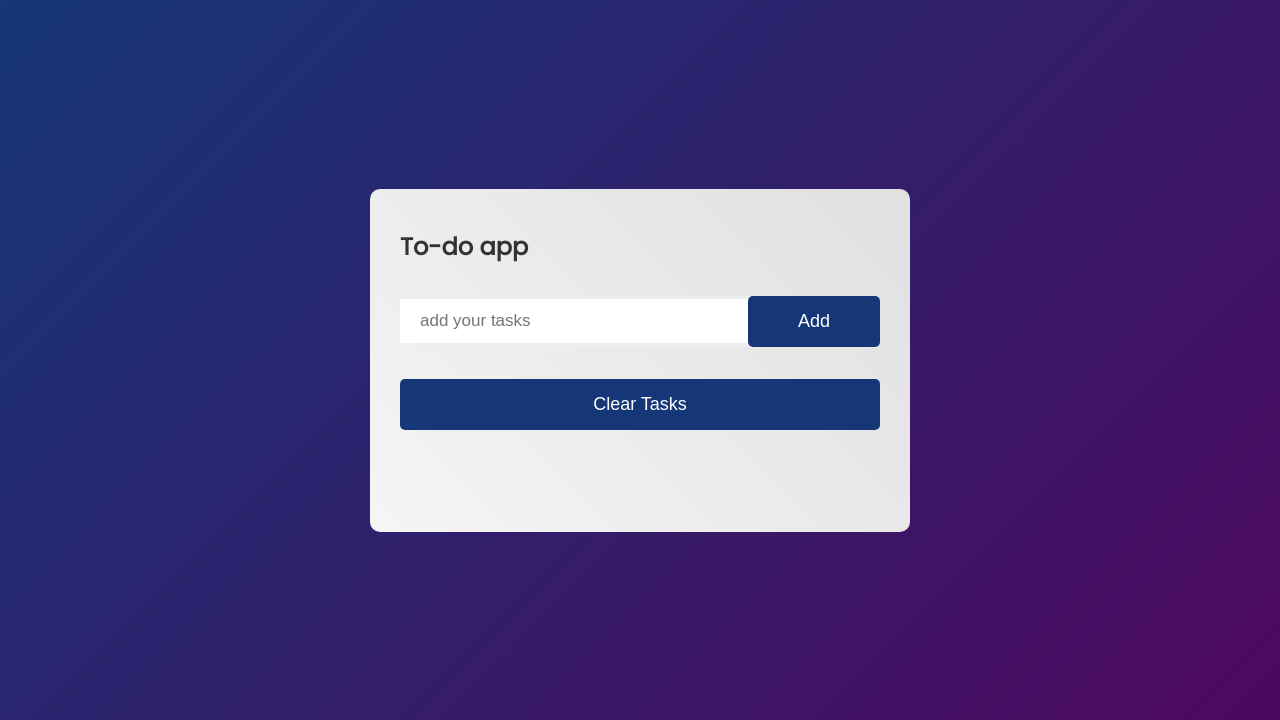
Repository: samoshi/To-do
Page: http://localhost/
These files come from the project's save history. The page is drawn as it stood at one moment and after the next save; the edit follows.
The browser window is 1280 px wide. The pictures show the whole page.
The page is served by the project's application, run on Flask 3 (app/app.py). Queries for data that is not in the repository find no rows.

Above is the page before, as saved 2024-01-14 22:23:04.

### app/templates/index.html
<!DOCTYPE html>
<html lang="en">

<head>
    <meta charset="UTF-8">
    <meta name="viewport" content="width=device-width, initial-scale=1.0">
    <title>To-Do list</title>
    <link rel="stylesheet" href="{{ url_for('static', filename='style.css') }}" />
    <script src="https://code.jquery.com/jquery-3.6.4.min.js"></script>
    <script src="{{ url_for('static', filename='script.js') }}"></script>
</head>

<body>
    <div class="container">
        <div class="todo-app">
            <div class="app-title">
                <h2>To-do app</h2>
                <i class="fa-solid fa-book-bookmark"></i>
            </div>
            <form action="/add_task" method="post">
                <div class="row">
                    <input type="text" name="title" id="input-box" placeholder="add your tasks" required>
                    <button class="add_button">Add</button>
                </div>
            </form>
            <button class="clear_button" onclick="clearTasks()">Clear Tasks</button>
            <ul id="list-container">
                {% for task in task_list %}
                    {% if task.complete == False %}
                            <li class="incomplete" onclick="toggleChecked(this)">
                                <a class="toggle" href="/complete/{{ task.id }}">{{ task.title }}</a>
                                <a class="remove" href="/remove/{{ task.id }}">X</a>
                            </li>
                    {% else %}
                            <li class="complete" onclick="toggleChecked(this)">
                                <a class="toggle" href="/complete/{{ task.id }}">{{ task.title }}</a>
                                <a class="remove" href="/remove/{{ task.id }}">X</a>
                            </li>
                        <!-- <a class="remove-task" href="/remove/{{ task.id }}">X</a> -->
                    {% endif %}
                {% endfor %}
            </ul>

        </div>
    </div>
    <script src="{{ url_for('static', filename='script.js') }}"></script>
</body>

</html>

### app/app.py
from flask import Flask, render_template, request, redirect, url_for, jsonify
from flask_sqlalchemy import SQLAlchemy

app = Flask(__name__)

app.config['SQLALCHEMY_DATABASE_URI'] = 'sqlite:///db.sqlite'
app.config['SQLALCHEMY_TRACK_MODIFICATIONS'] = False
db = SQLAlchemy(app)

class Task(db.Model):
    id = db.Column(db.Integer, primary_key=True)
    title = db.Column(db.String(100))
    complete = db.Column(db.Boolean)

# def save_tasks():
#     with open("tasks.json", "w") as file:
#         json.dump(tasks, file)


# # Load tasks from a file
# def load_tasks():
#     try:
#         with open("tasks.json", "r") as file:
#             lines = file.readlines()
#             tasks = []
#             for line in lines:
#                 parts = line.split(":")
#                 if len(parts) == 2:
#                     description, completed_str = parts
#                     completed = eval(completed_str)
#                     tasks.append({"description": description, "completed": completed})
#             return tasks
#     except FileNotFoundError:
#         return []  # Return an empty list if the file doesn't exist
#     except json.decoder.JSONDecodeError:
#         return []  # Return an empty list if there's an issue decoding JSON

# # Initialize tasks
# tasks = load_tasks()

@app.route('/')
def index():
    task_list = Task.query.all()
    return render_template('index.html', task_list=task_list)

@app.route('/add_task', methods=['POST'])
def add_task():
    title = request.form.get("title")
    new_task = Task(title=title, complete=False)
    db.session.add(new_task)
    db.session.commit()
    return redirect(url_for("index"))

@app.route("/update/<int:task_id>")
def update_task(task_id):
    task = Task.query.filter_by(id=task_id).first()
    task.complete = not task.complete
    db.session.commit()
    return redirect(url_for("index"))

@app.route('/complete/<int:task_id>')
def complete_task(task_id):
    task = Task.query.filter_by(id=task_id).first()
    if task:
        task.complete = not task.complete
        db.session.commit()
    return redirect(url_for('index'))

@app.route('/remove/<int:task_id>')
def remove_task(task_id):
    print("Remove task ()")
    task = Task.query.filter_by(id=task_id).first()
    print("Getting task", task_id)
    db.session.delete(task)
    print("deleted task")
    db.session.commit()
    return redirect(url_for('index'))

@app.route('/clear_tasks')
def clear_tasks():
    db.session.query(Task).delete()
    db.session.commit()
    return redirect(url_for('index'))


if __name__ == '__main__':
    db.create_all()
    app.run(host='0.0.0.0', port=5000, debug=True)

### app/static/style.css
@import url('https://fonts.googleapis.com/css2?family=Poppins&display=swap');


*, *:before, *:after{
    margin: 0;
    padding: 0;
    box-sizing: border-box;
}
body{
    font-family: 'Poppins', sans-serif;
}
.container{
    width: 100%;
    min-height: 100vh;
    background: linear-gradient(135deg, #153677, #4e085f);
    padding: 10px;
    display: flex;
    justify-content: center;
    align-items: center;
}
.todo-app{
    width: 100%;
    max-width: 540px;
    background: linear-gradient(45deg, #f5f5f5, #e0e0e0);
    padding: 40px 30px 70px;
    border-radius: 10px;
    display: flex;
    flex-direction: column;
    align-items: left;
    gap: 2rem;
}
.app-title{
    display: flex;
    gap: 1rem;
    align-items: center;
}
.app-title h2, .app-title i{
    color: #333333;
}
.app-title i{
    font-size: 26px;
}

.row{
    display: flex;
    align-items: center;
    justify-content: space-between;
    background-color: #edeef0;
    border-radius: 30px;
}
input{
    width: 100%;
    border: none;
    outline: none;
    background-color: 153677;
    color: #000000;
    padding: 12px;
    font-size: 17px;
    padding-left: 20px;
}

button:hover {
    cursor: pointer;
    filter: brightness(.8);
    background-color: #0e2a4b; /* Darker blue for input and button on hover */
}

input:hover {
    filter: brightness(.8);
    background-color: #ffffffa4; /* Darker blue for input and button on hover */
}

button.clear_button, button.add_button{
    border: none;
    cursor: pointer;
    outline: none;
    padding: 15px 50px;
    border-radius: 5px;
    background-color: #153677;
    color: #ffffff;
    font-size: 18px;
    transition: all .5s ;
}

@media screen and (max-width: 400px) {
    button {
        padding: 15px;
        border-radius: 0 30px 30px 0;
    }
}

li {
    font-size: 17px;
    margin-top: 5px;
    position: relative;
    transition: background-color 0.2s ease;
    border-radius: 10px;
    list-style-type: none;
    outline: 2px solid #7289da;
}

li a.toggle {
    display: block;
    font-size: 17px;
    padding: 12px 8px 12px 50px;
    text-decoration: none;
    color: #353535;
    transition: color 0.2s ease;
}

li.incomplete {
    background-color: #ffdddd; /* Red background for incomplete */
}

li.complete {
    background-color: #c2f0c2; /* Green background for complete */
}

/* li a:hover {

    background-color: #27ae60;
    color: #fff;
} */

li.incomplete a.toggle:hover {

    background-color: #ffaaaa;
    color: #000000;
}

li.complete a.toggle:hover {
    /* Optional: Add styles for hover effect */
    background-color: #a8e6a8; /* Lighter green hover effect for complete */
    color: #000000; /* Black text on hover for better contrast */
}

ul li::before {
    position: absolute;
    content: '';
    width: 24px;
    height: 24px;
    font-size: 18px;
    border-radius: 50%;
    left: 0;
    top: 50%;
    transform: translateY(-50%);
    line-height: 24px;
    text-align: center;
    transition: background-color 0.2s ease;
    pointer-events: none;
}

ul li.incomplete::before {
    content: 'X';
    color: #ff5945;
}

ul li.complete::before {
    content: '\2713';
    color: #07700e;
}


a.remove {
    position: absolute;
    top: 50%;
    right: 10px; /* Adjust the right distance as needed */
    transform: translateY(-50%);
    width: 24px; /* Adjust the width and height as needed */
    height: 24px;
    border-radius: 50%;
    text-align: center; /* Center the "X" within the circle */
    line-height: 24px; /* Center the "X" vertically */
    color: #555;
    font-size: 18px;
    transition: all 0.2s ease;
    text-decoration: none;
}

a.remove:hover {
    background-color: #c9c9c9;
    color: #fff;
}

### app/static/script.js
// // ...

// document.addEventListener("DOMContentLoaded", function () {
//     const inputBox = document.getElementById("input-box");
//     const button = document.querySelector("button");
//     const list = document.getElementById("list-container");

//     list.addEventListener("click", (e) => {
//         if (e.target.tagName === "LI") {
//             e.target.classList.toggle("checked");
//             saveData();
//         } else if (e.target.tagName === "SPAN") {
//             e.target.parentElement.remove();
//             saveData();
//         }
//     });

//     button.addEventListener("click", function () {
//         if (inputBox.value.trim() !== '') {
//             addTask(inputBox.value);
//         } else {
//             alert("Please enter a non-empty task.");
//         }
//     });

//     function addTask(description) {
//         // Make an AJAX request to the Flask server's /add_task route
//         fetch("/add_task", {
//             method: "POST",
//             headers: {
//                 "Content-Type": "application/json",
//             },
//             body: JSON.stringify({ description: description }),
//         })
//             .then(response => response.json())
//             .then(data => console.log(data))
//             .catch(error => console.error("Error:", error));
//     }

//     function showTask() {
//         // Fetch tasks from the Flask server's /tasks route
//         fetch("/tasks")
//             .then(response => response.json())
//             .then(tasks => {
//                 list.innerHTML = ""; // Clear the visible list
//                 tasks.forEach(task => {
//                     let li = document.createElement("li");
//                     li.innerHTML = task.description;
//                     if (task.completed) {
//                         li.classList.add("checked");
//                     }
//                     list.appendChild(li);
//                     let span = document.createElement("span");
//                     span.innerHTML = "x";
//                     li.appendChild(span);
//                 });
//             })
//             .catch(error => console.error("Error:", error));
//     }

//     window.addEventListener("load", showTask);

//     // Clear Tasks function
//     window.clearTasks = function () {
//         localStorage.removeItem("data");
//         list.innerHTML = ""; // Clear the tasks from the visible list
//     };
// });

After the next save:
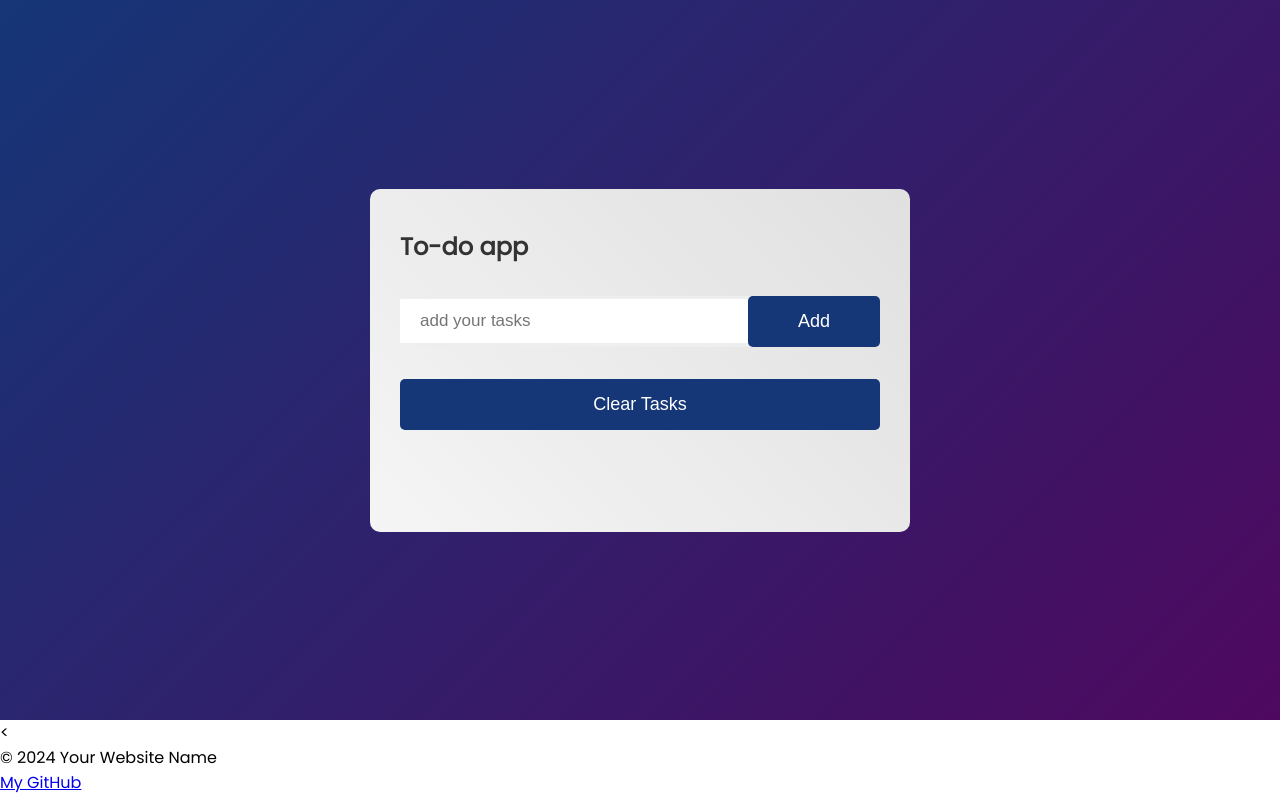
Saved 3 min 24 s later.
--- a/app/templates/index.html
+++ b/app/templates/index.html
@@ -40,10 +40,15 @@
                     {% endif %}
                 {% endfor %}
             </ul>
-
         </div>
     </div>
-    <script src="{{ url_for('static', filename='script.js') }}"></script>
+    <    <div class="footer">
+        &copy; 2024 Your Website Name
+    </div>
+
+    <a href="https://github.com/YourGitHubUsername" class="github-link" target="_blank">
+        My GitHub
+    </a>
 </body>
 
 </html>
